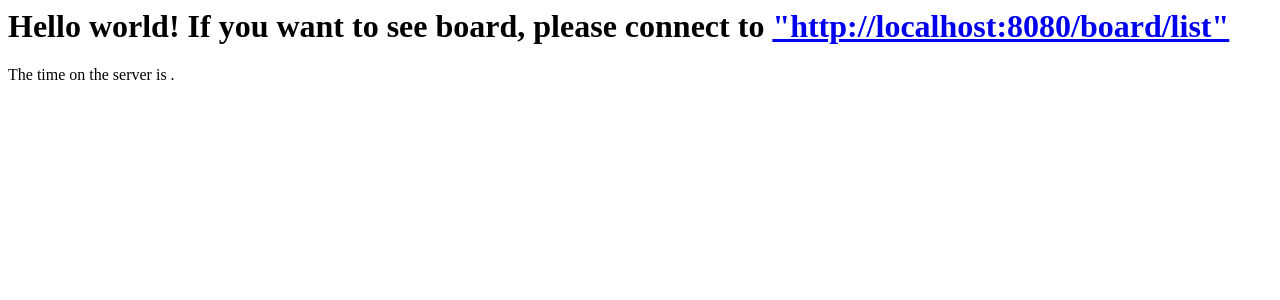
Repository: xx10222/STS_MVC2_Board
Page: http://localhost/project2/WEB-INF/views/home.jsp
An editor plug-in stored every save of this project. The page is shown before and after the next save, followed by the edit.
The browser window is 1280 px wide. The pictures show the whole page.
The page is served by Tomcat 9. Nobody is signed in. The template is opened directly, without the code that normally fills it, so the values that code supplies are empty.

Above is the page before, as saved 2020-05-28 15:18:38.

After the next save:
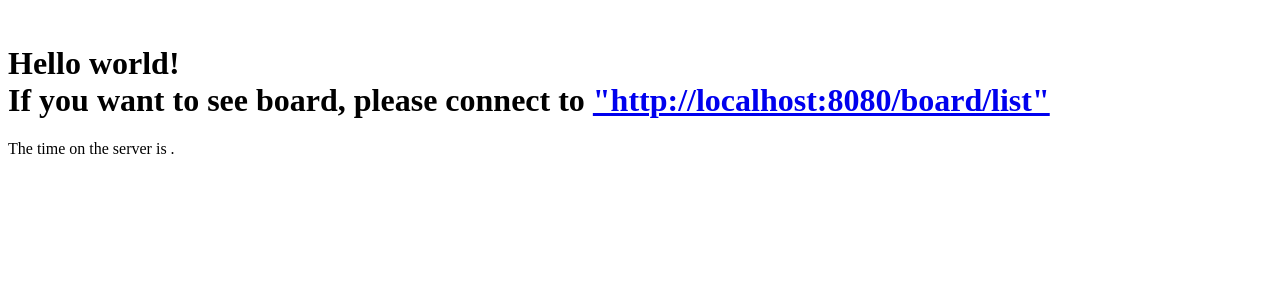
Saved 42 s later.
--- a/project2/src/main/webapp/WEB-INF/views/home.jsp
+++ b/project2/src/main/webapp/WEB-INF/views/home.jsp
@@ -6,7 +6,7 @@
 </head>
 <body>
 <h1>
-	<td>Hello world!</td>
+	<br>Hello world!</br>
 	If you want to see board, please connect to <a href = "/board/list">"http://localhost:8080/board/list"</a>
 </h1>
 
